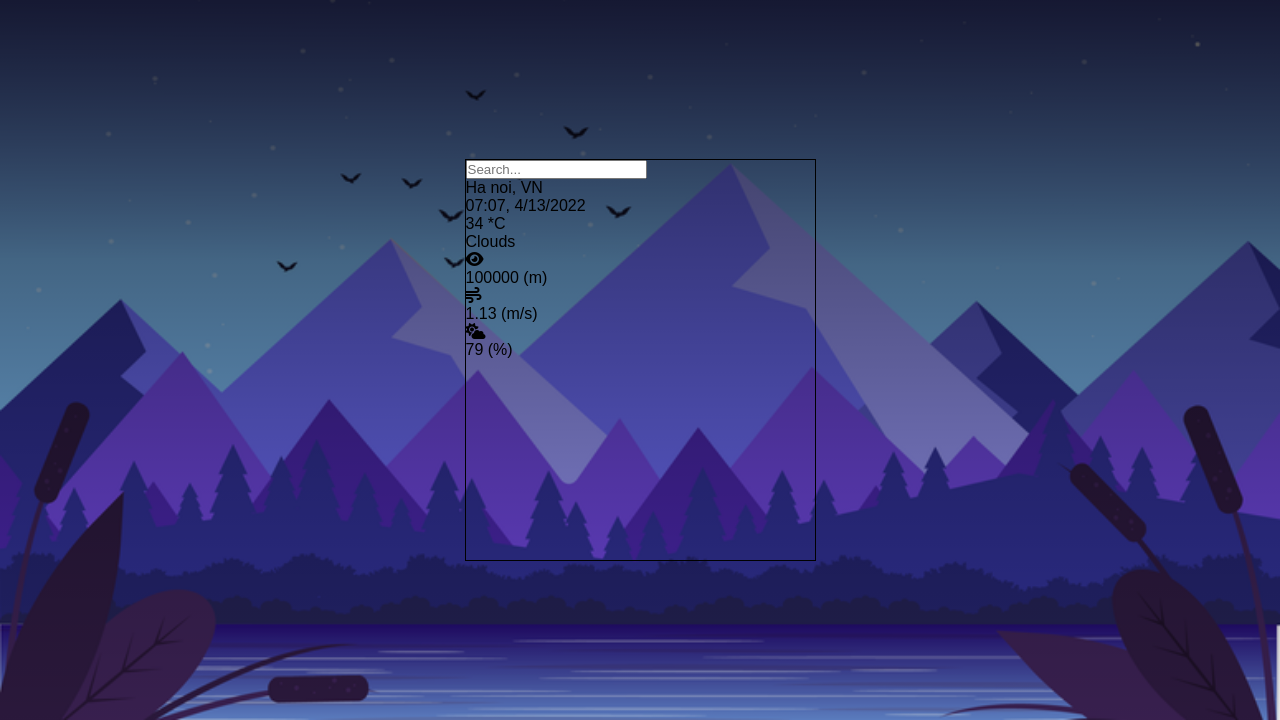
Repository: nganha241/weather-app
Page: index.html
An editor plug-in stored every save of this project. The page is shown before and after the next save, followed by the edit.
The browser window is 1280 px wide. The pictures show the whole page.
Some web libraries are served in a nearby version.

Above is the page before, as saved 2022-04-13 08:18:22.

After the next save:
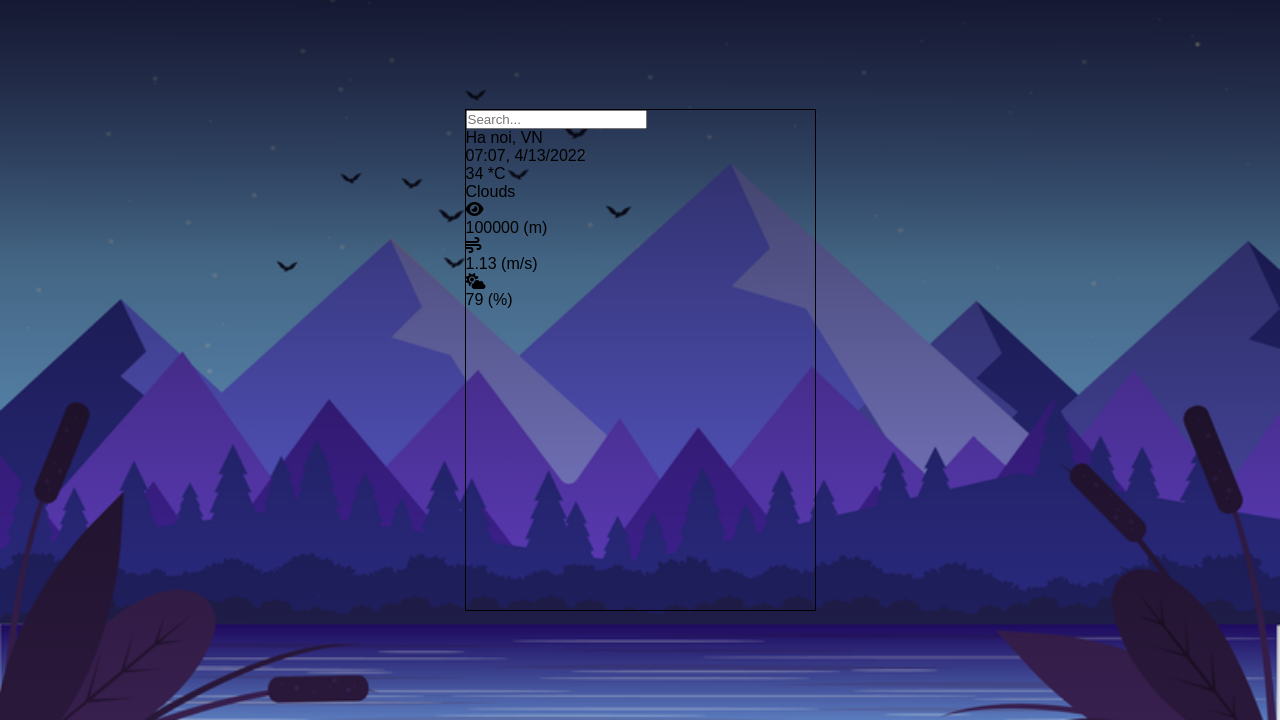
Saved 17 s later.
--- a/style.css
+++ b/style.css
@@ -15,6 +15,6 @@ body {
 
 #weather {
     width: 351px;
-    height: 402px;
+    height: 502px;
     border: 1px solid;
 }
